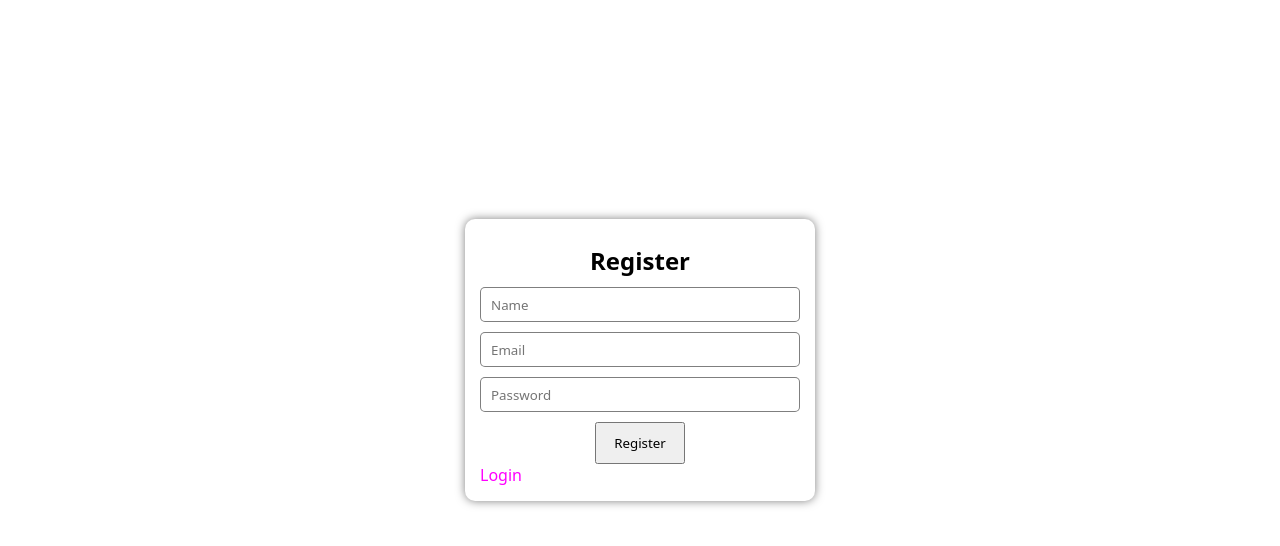
Repository: SanjaySokal/learn-java
Page: http://localhost/ServletProject/register.jsp
The author's editor kept a copy of each file at every save. The page is drawn from the files as they stood at one save, then again after the next save.
The browser window is 1280 px wide. The pictures show the whole page.
The page is served by Tomcat 9. Other server files are loaded and not shown.

Above is the page before, as saved 2023-09-09 03:16:57.

### ServletProject/src/main/webapp/register.jsp
<%@ page language="java" contentType="text/html; charset=UTF-8"
    pageEncoding="UTF-8"%>
<!DOCTYPE html>
<html>
<head>
	<meta charset="UTF-8">
	<title>Register</title>
	<link rel="stylesheet" href="style.css">
</head>
<body>
	<div class="body-center">
		<form method="post" action="register">
			<h2>Register</h2>
			<input type="text" placeholder="Name" name="name" required>
			<input type="email" placeholder="Email" name="email" required>
			<input type="password" placeholder="Password" name="password" required>
			<button type="submit">Register</button>
			<a href="login.jsp">Login</a>
		</form>
	</div>
</body>
</html>

### ServletProject/src/main/webapp/style.css
@charset "UTF-8";
* {
	margin: 0;
	padding: 0;
	box-sizing: border-box;
	font-family: system-ui, -apple-system, BlinkMacSystemFont, 'Segoe UI', Roboto, Oxygen, Ubuntu, Cantarell, 'Open Sans', 'Helvetica Neue', sans-serif;
}

.body-center {
	display: flex;
	align-items: center;
	justify-content: center;
	height: 100vh;
}

form {
	max-width: 350px;
	border-radius: 10px;
	box-shadow: 0 0 10px rgba(0, 0, 0, 0.5);
	padding: 15px;
}

form h2 {
	text-align: center;
	margin: 10px auto;
}

form input {
	width: 100%;
	outline: none;
	border: 1px solid rgba(0, 0, 0, 0.5);
	border-radius: 5px;
	height: 35px;
	margin-bottom: 10px;
	padding: 0 10px;
}

form button {
	padding: 10px 17px;
	cursor: pointer;
	display: block;
	margin: 0px auto;
}

form a {
	text-decoration: none;
	color: #ff00ff;
}

After the next save:
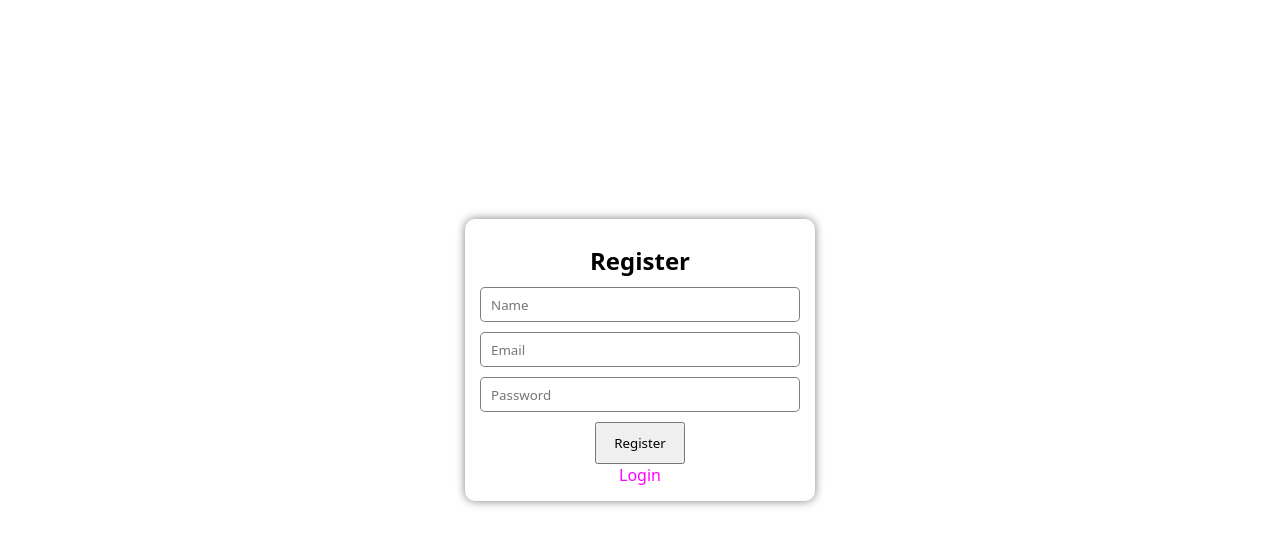
Saved 34 s later.
--- a/ServletProject/src/main/webapp/style.css
+++ b/ServletProject/src/main/webapp/style.css
@@ -45,4 +45,6 @@
 form a {
 	text-decoration: none;
 	color: #ff00ff;
+	display: block;
+	text-align: center;
 }
